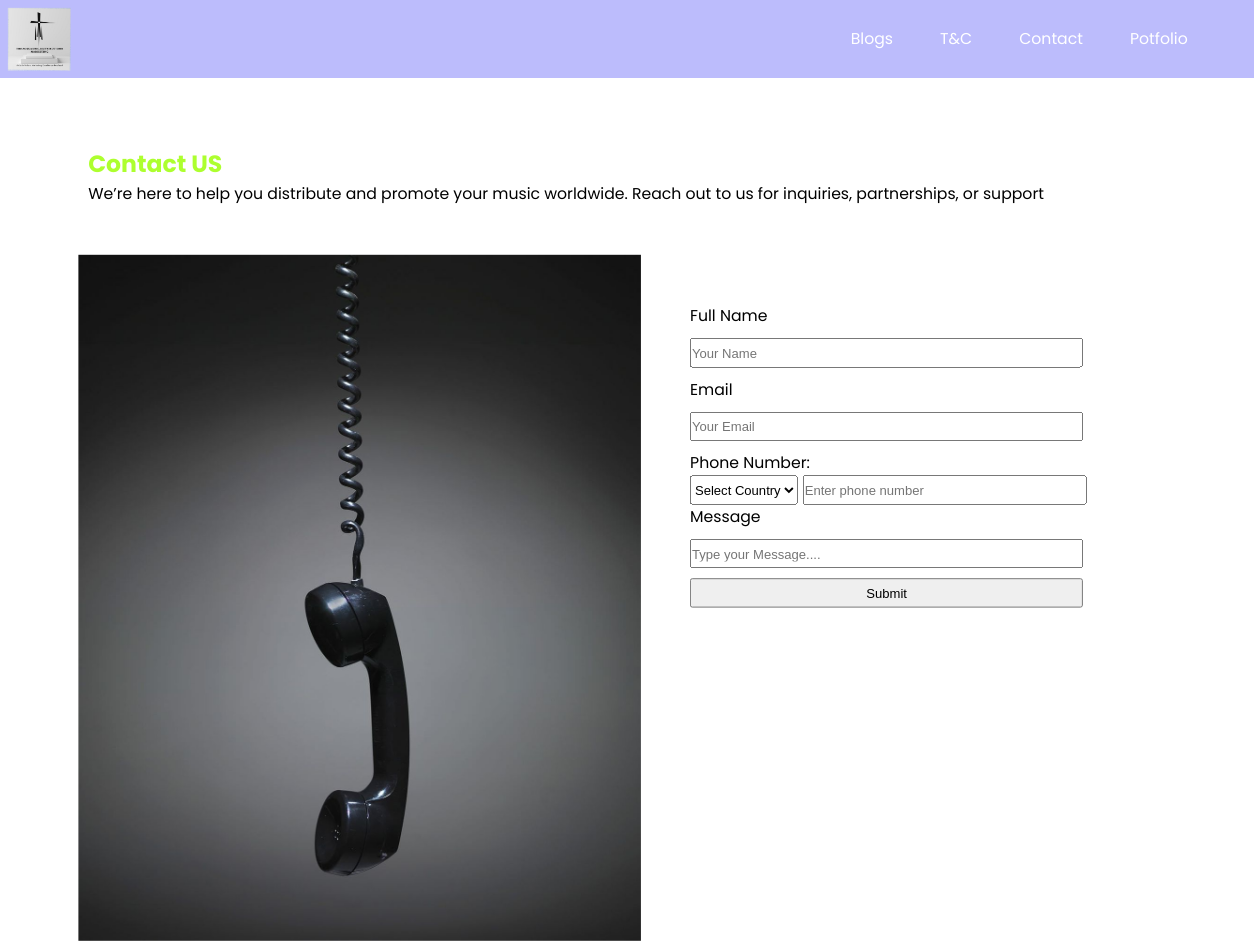
Repository: Ikebobo11/theboss
Page: contact.html
The author's editor kept a copy of each file at every save. The page is drawn from the files as they stood at one save, then again after a run of saves.
The browser window is 1280 px wide. The pictures show the whole page, at 98% of full size.

Above is the page before, as saved 2025-08-16 06:07:22.

After the next 6 saves:
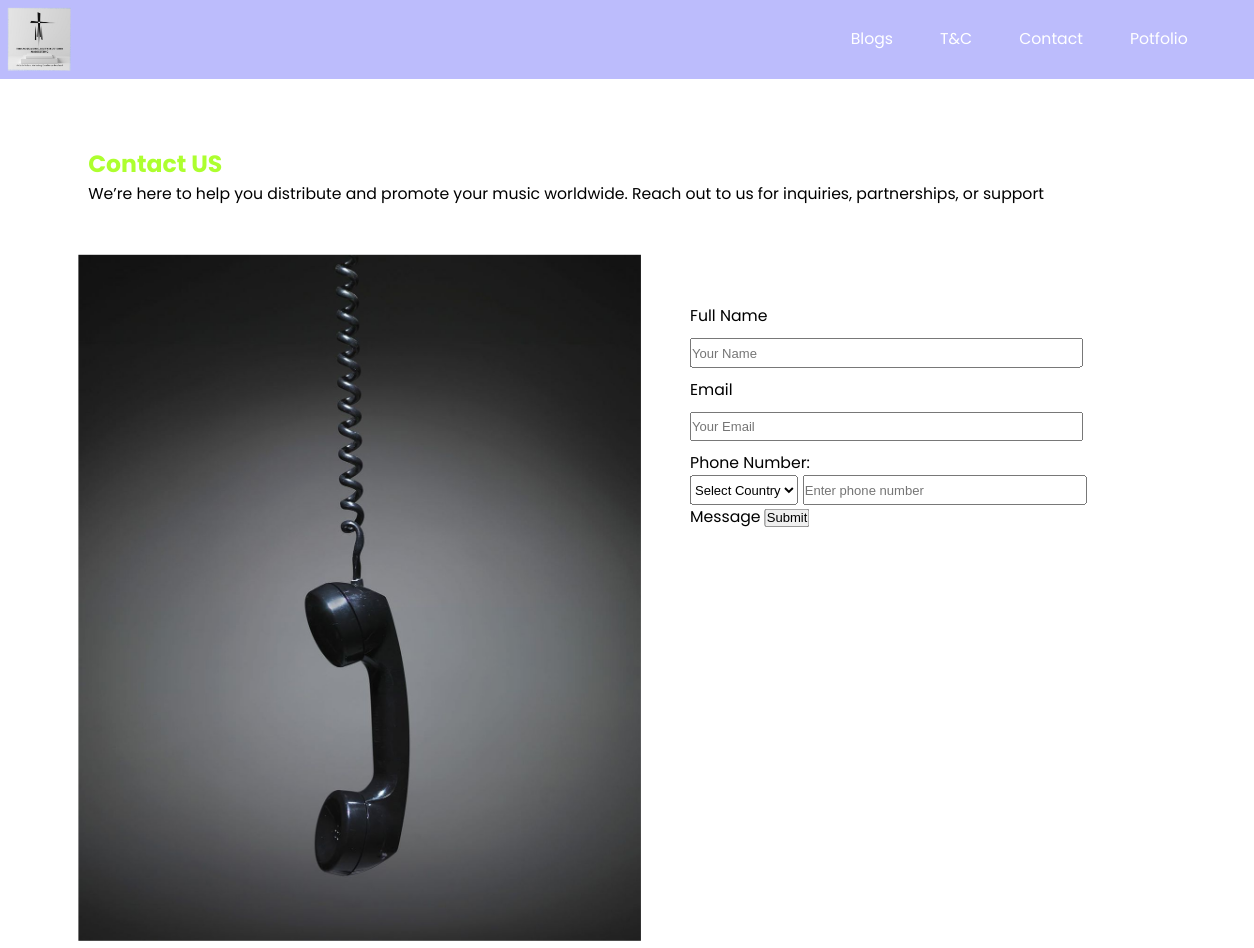
The 6 saves are shown as one change because they came seconds apart.
The last was saved 57 s later.
--- a/contact.html
+++ b/contact.html
@@ -89,7 +89,7 @@
                 <input type="tel" id="phone" name="phone" placeholder="Enter phone number" required>
                 </div>
                 <label for="massage">Message</label>
-                <input name="Message" id="massage" placeholder="Type your Message...." required/>
+                <ext name="Message" id="massage" placeholder="Type your Message...." required/>
                 <input type="submit" value="Submit"/>
               </form>
             </div>
